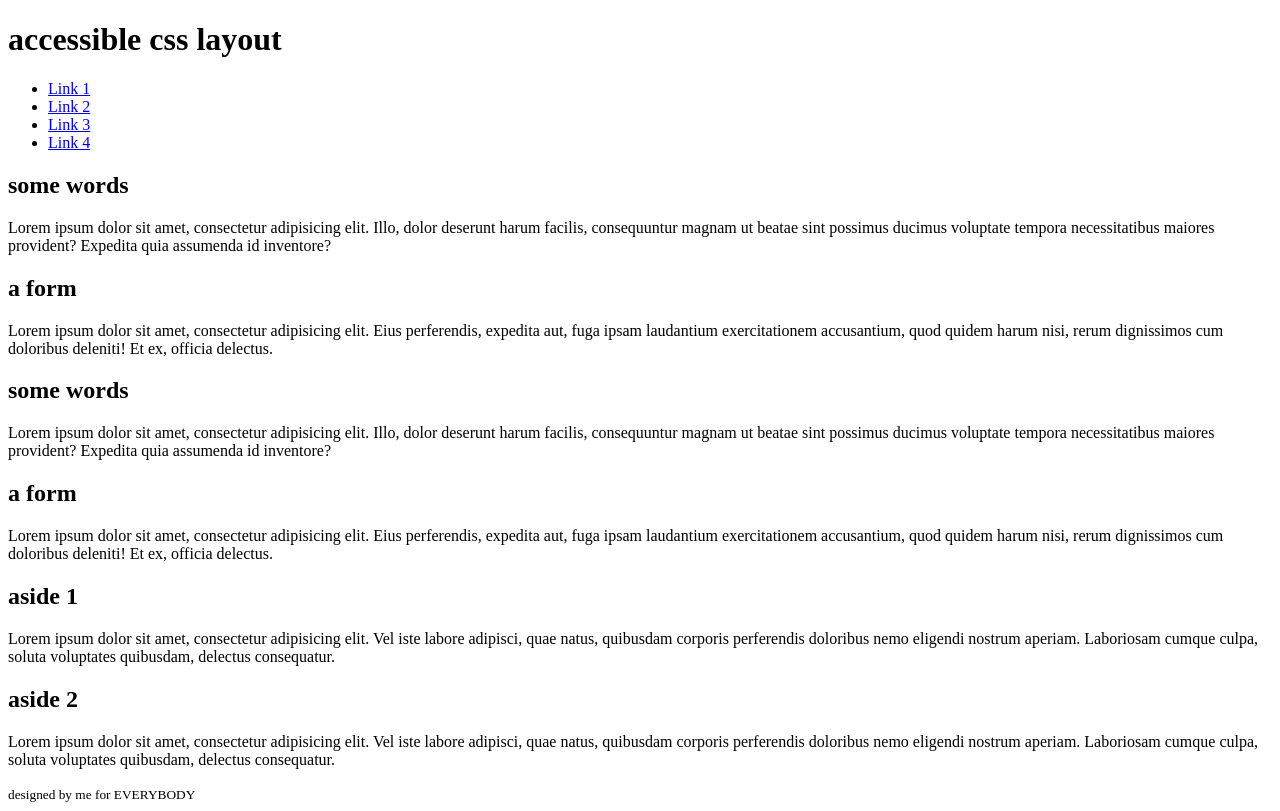
Repository: ethan-schrauf/UniversalDesignWebsite
Page: responsive.html
The author's editor kept a copy of each file at every save. The page is drawn from the files as they stood at one save, then again after the next save.
The browser window is 1280 px wide. The pictures show the whole page.

Above is the page before, as saved 2023-10-23 16:52:03.
Not found: css/grid-flex.css

### responsive.html

<!DOCTYPE html>

<html lang="en">
<head>
  <meta charset="UTF-8">
  <meta name="viewport" content="width=device-width, initial-scale=1.0">
  <title>Accessible grid</title>
  <link href="css/grid-flex.css" rel="stylesheet">
</head>
<body>
<div class="container">
  <header>
    <h1>accessible css layout</h1>
  </header>
  <nav>
    <ul>
      <li><a href="#">Link 1</a></li>
      <li><a href="#">Link 2</a></li>
      <li><a href="#">Link 3</a></li>
      <li><a href="#">Link 4</a></li>
    </ul>
  </nav>
  <main>
    <section>
      <h2>some words</h2>
      <p>Lorem ipsum dolor sit amet, consectetur adipisicing elit. Illo, dolor deserunt harum facilis, consequuntur magnam ut beatae sint possimus ducimus voluptate tempora necessitatibus maiores provident? Expedita quia assumenda id inventore?</p>
      <h2>a form</h2>
      <p>Lorem ipsum dolor sit amet, consectetur adipisicing elit. Eius perferendis, expedita aut, fuga ipsam laudantium exercitationem accusantium, quod quidem harum nisi, rerum dignissimos cum doloribus deleniti! Et ex, officia delectus.</p>
      <h2>some words</h2>
      <p>Lorem ipsum dolor sit amet, consectetur adipisicing elit. Illo, dolor deserunt harum facilis, consequuntur magnam ut beatae sint possimus ducimus voluptate tempora necessitatibus maiores provident? Expedita quia assumenda id inventore?</p>
      <h2>a form</h2>
      <p>Lorem ipsum dolor sit amet, consectetur adipisicing elit. Eius perferendis, expedita aut, fuga ipsam laudantium exercitationem accusantium, quod quidem harum nisi, rerum dignissimos cum doloribus deleniti! Et ex, officia delectus.</p>
    </section>
  </main>
  <aside id="aside1">
    <h2>aside 1</h2>
    <p>Lorem ipsum dolor sit amet, consectetur adipisicing elit. Vel iste labore adipisci, quae natus, quibusdam corporis perferendis doloribus nemo eligendi nostrum aperiam. Laboriosam cumque culpa, soluta voluptates quibusdam, delectus consequatur.</p>
  </aside>
  <aside id="aside2">
    <h2>aside 2</h2>
    <p>Lorem ipsum dolor sit amet, consectetur adipisicing elit. Vel iste labore adipisci, quae natus, quibusdam corporis perferendis doloribus nemo eligendi nostrum aperiam. Laboriosam cumque culpa, soluta voluptates quibusdam, delectus consequatur.</p>
  </aside>
  <footer>
    <small> designed by me for EVERYBODY</small>
  </footer>

</div> <!-- end container -->
</body>
</html>

Loaded but not shown: grid-flex.css (common file)

After the next save:
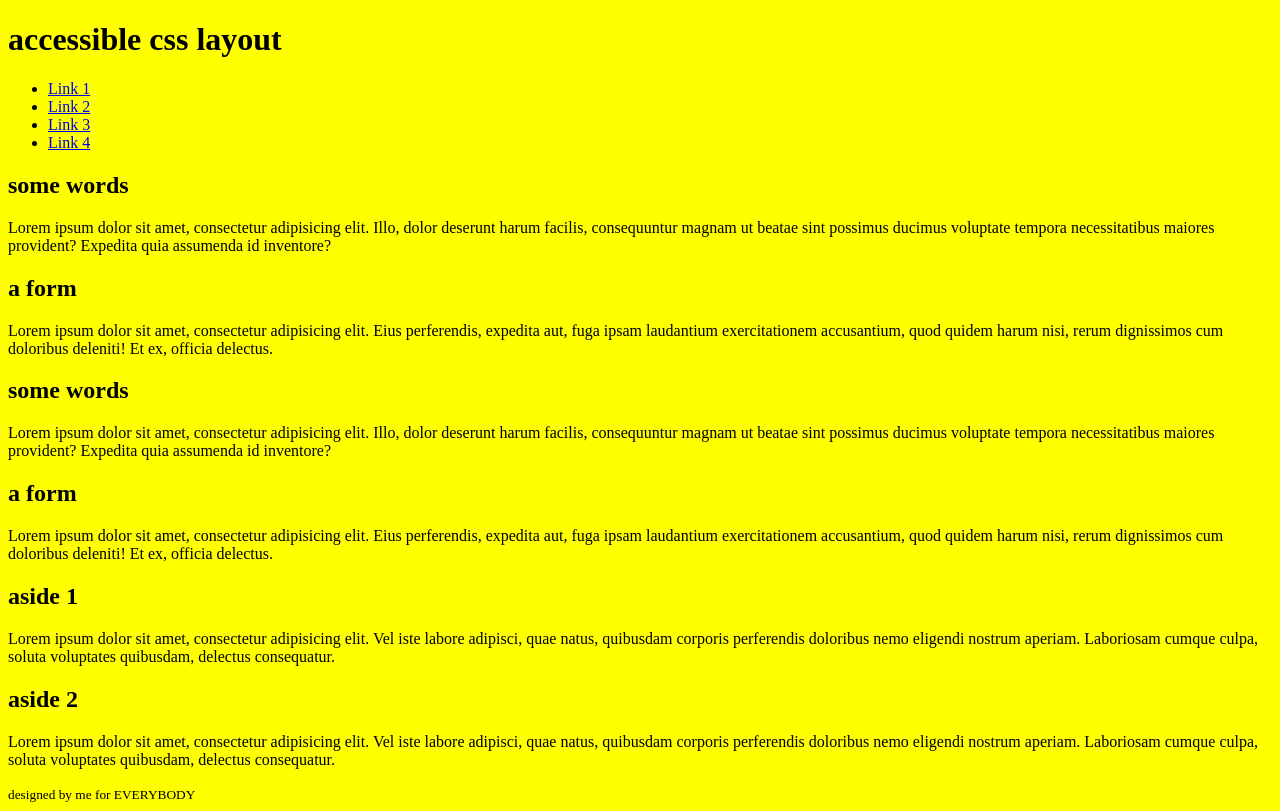
Saved 5 s later.
--- a/responsive.html
+++ b/responsive.html
@@ -6,7 +6,7 @@
   <meta charset="UTF-8">
   <meta name="viewport" content="width=device-width, initial-scale=1.0">
   <title>Accessible grid</title>
-  <link href="css/grid-flex.css" rel="stylesheet">
+  <link href="grid-flex.css" rel="stylesheet">
 </head>
 <body>
 <div class="container">
